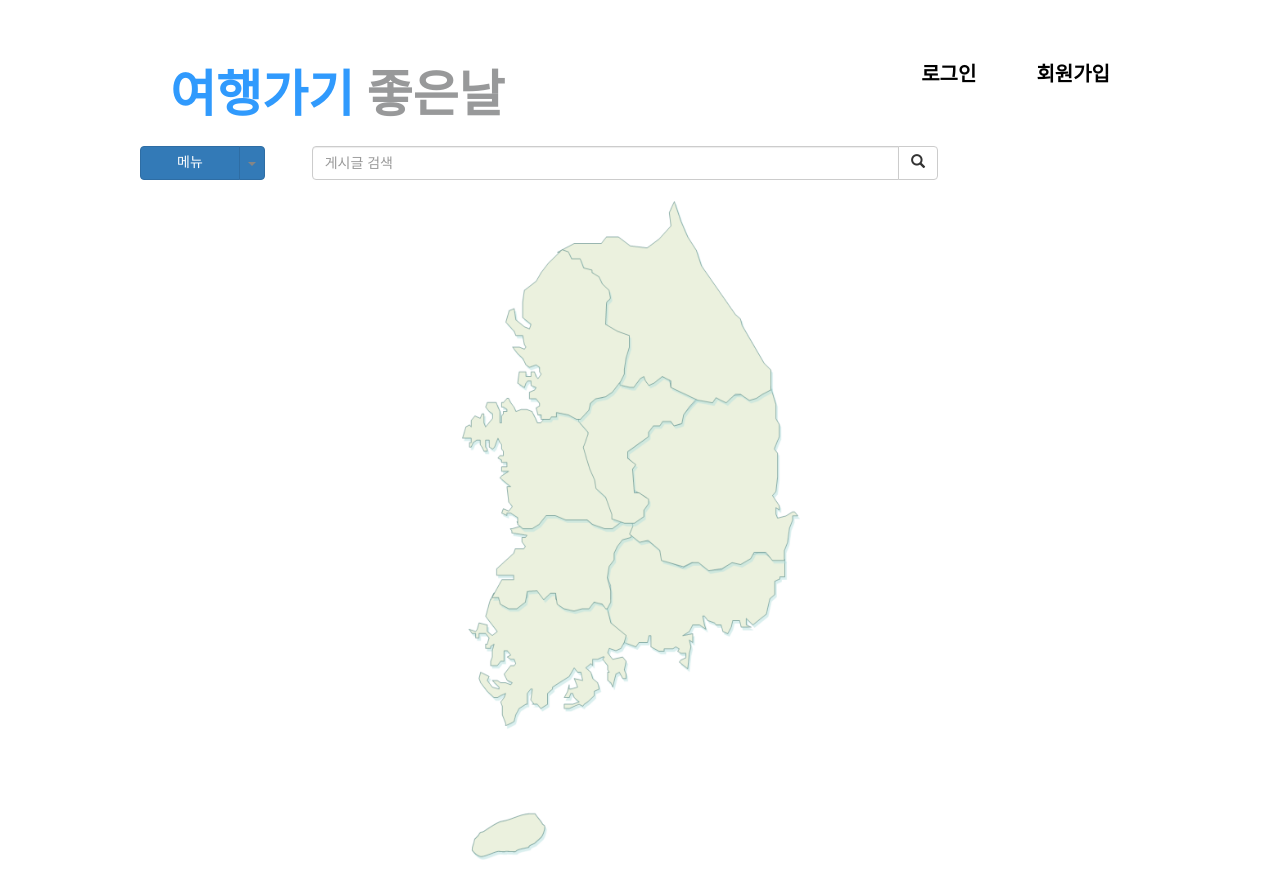
Repository: Hotmintchoco/teamProject1
Page: http://localhost/tripProject/mypage.jsp
These files come from the project's save history. The page is drawn as it stood at one moment and after the next save; the edit follows.
The browser window is 1280 px wide. The pictures show the whole page.
Some web fonts or font styles are not loaded; a fallback is used. The page is served by Tomcat 9. Nobody is signed in. The application's start-up code is not run.

Above is the page before, as saved 2022-07-02 11:47:39.

After the next save:
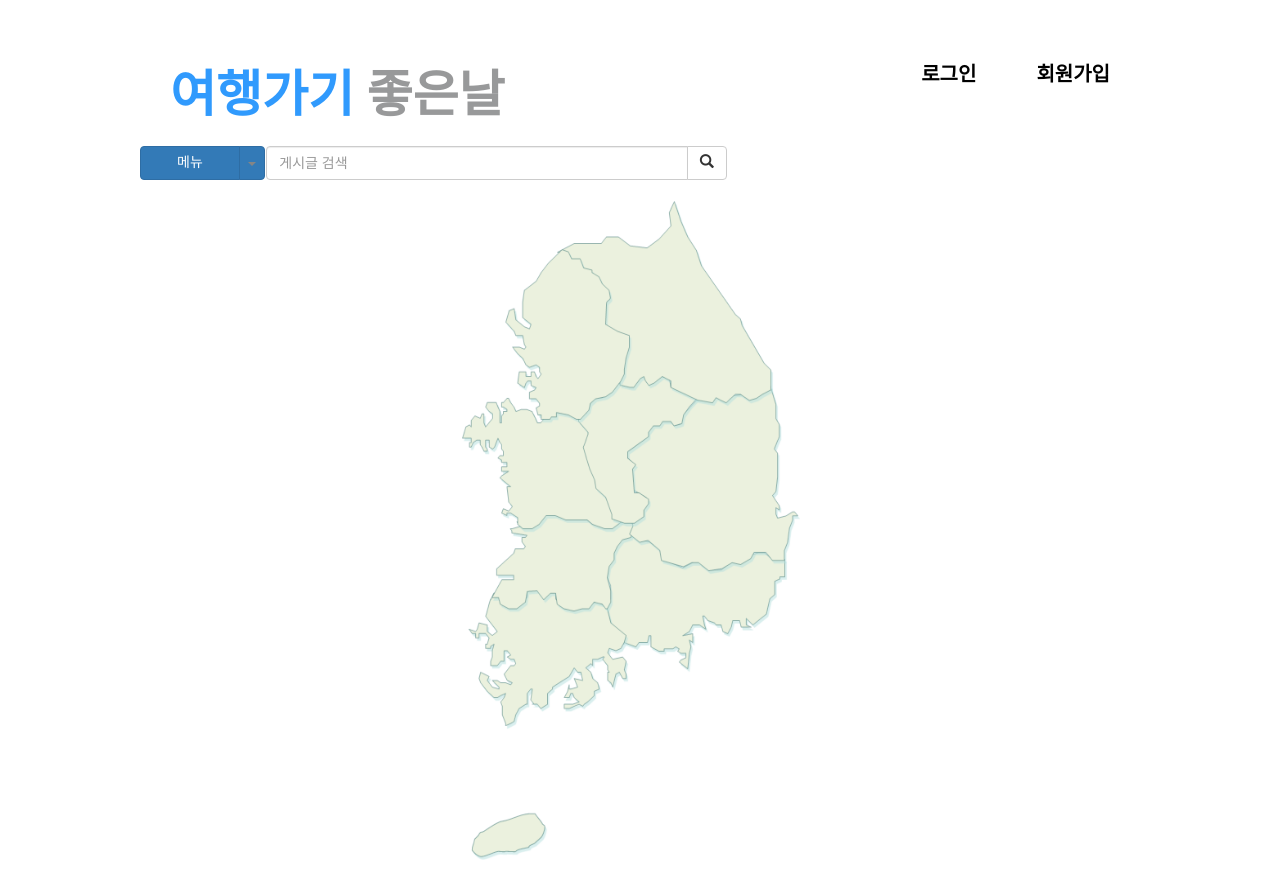
Saved 20 s later.
--- a/tripProject/src/main/webapp/mypage.jsp
+++ b/tripProject/src/main/webapp/mypage.jsp
@@ -44,7 +44,7 @@
     <div id="menubar">
 		<table style="width: 100%;">
 			<tbody>
-				<tr style="width: 100%;">
+				<tr style="width: 100%; float: right;">
 					<td style="width: 17%;">
 						<div class="btn-group">
 							<button type="button" class="btn btn-primary" style="width:100px;">메뉴</button>
